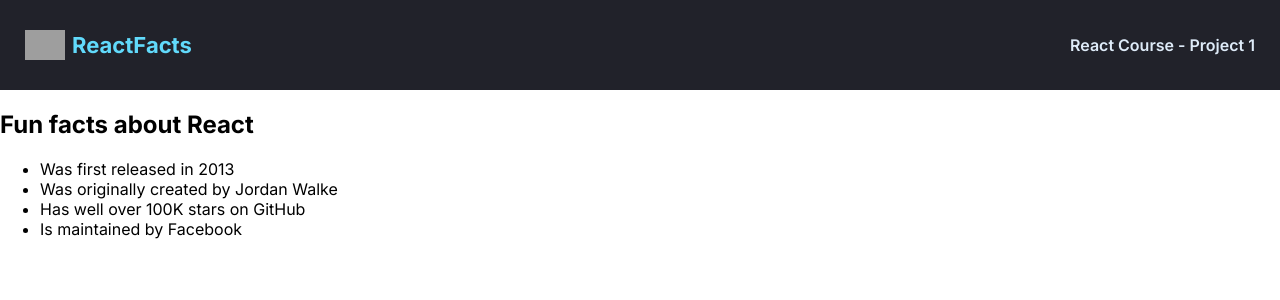
Repository: evemcd/scrimba-react2
Page: / (app in vite-react/)
These files come from the project's save history. The page is drawn as it stood at one moment and after the next save; the edit follows.
The browser window is 1280 px wide. The pictures show the whole page.
Pictures or frames that could not be fetched are drawn as grey boxes. The project was rebuilt for these pictures with package versions that can differ from the ones it lists, and the page was loaded fresh each time. Also part of the build but not shown: vite-react/vite.config.js.

Above is the page before, as saved 2023-08-04 11:59:14.

After the next save:
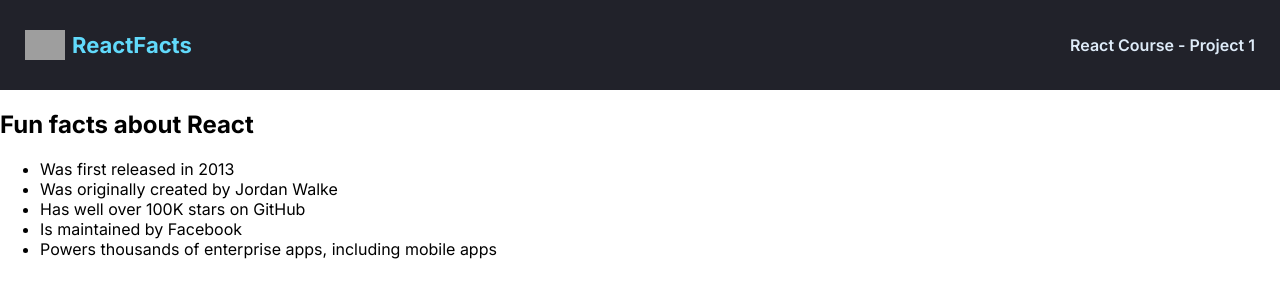
Saved 25 s later.
--- a/vite-react/src/components/Main.jsx
+++ b/vite-react/src/components/Main.jsx
@@ -6,9 +6,8 @@ export default function Main() {
                 <li>Was first released in 2013</li>
                 <li>Was originally created by Jordan Walke</li>
                 <li>Has well over 100K stars on GitHub</li>
-                <li>Is maintained by Facebook
-
-                </li>
+                <li>Is maintained by Facebook</li>
+                <li>Powers thousands of enterprise apps, including mobile apps</li>
             </ul>
         </main>
     )
